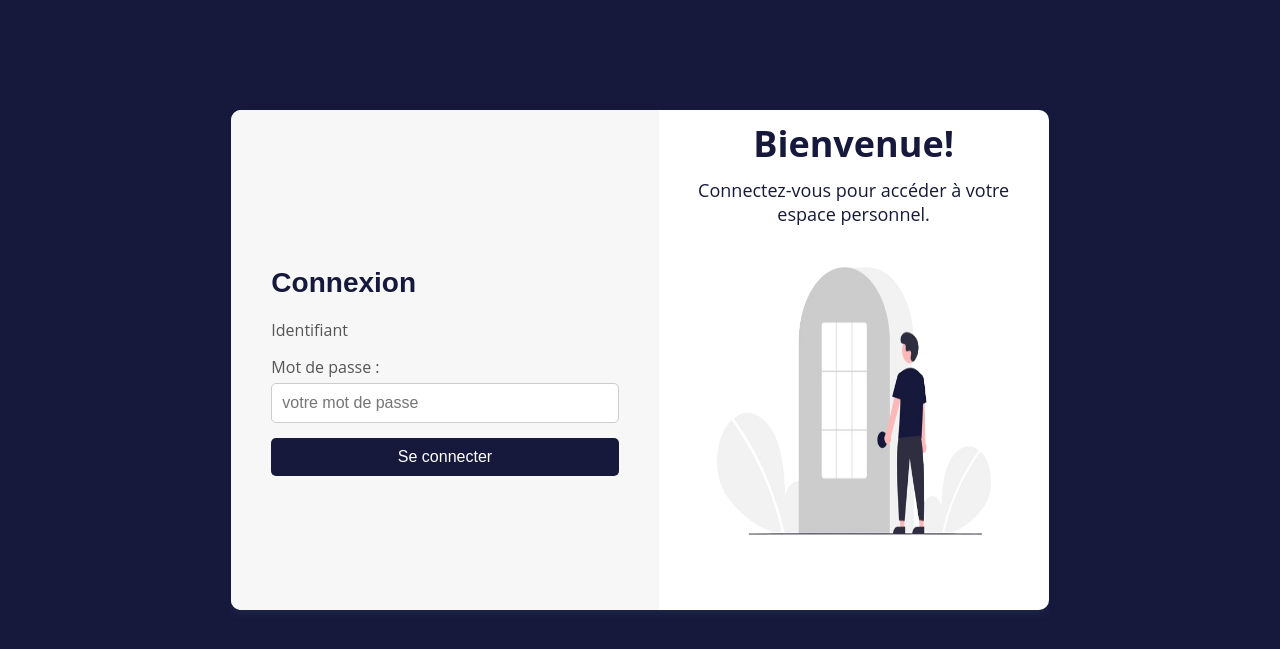
Repository: ndiawar/ProjetGab
Page: home.html
An editor plug-in stored every save of this project. The page is shown before and after the next save, followed by the edit.
The browser window is 1280 px wide. The pictures show the whole page.

Above is the page before, as saved 2024-08-07 14:06:00.

After the next save:
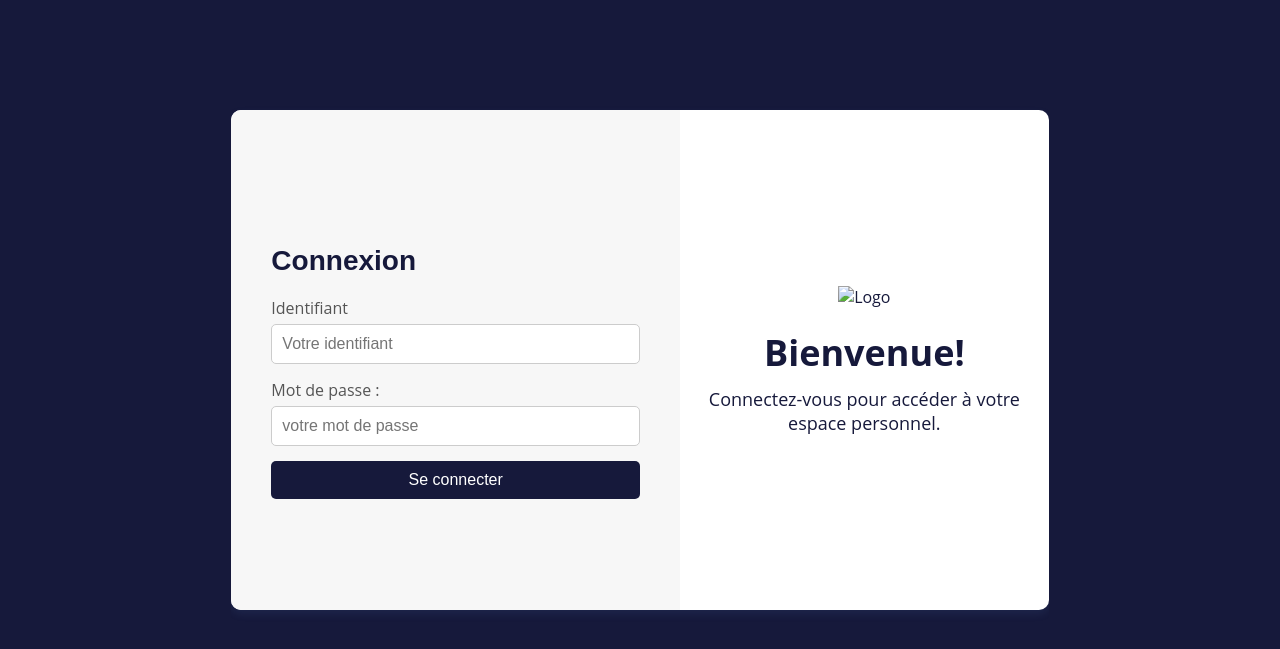
Not found: logo.png
Saved 92 s later.
--- a/home.html
+++ b/home.html
@@ -14,7 +14,7 @@
             <form>
                 <div class="form-group">
                     <label for="identifiant">Identifiant</label>
-                    <input type="hidden" id="identifiant" name="identifiant" placeholder="Votre identifiant" required>
+                    <input type="text" id="identifiant" name="identifiant" placeholder="Votre identifiant" required>
                 </div>
                 <div class="form-group">
                     <label for="password">Mot de passe :</label>
@@ -27,9 +27,9 @@
         <!-- Section de bienvenue -->
         <div class="welcome-section">
             <div class="welcome-content">
+                <img src="logo.png" alt="Logo" class="logo">
                 <h1>Bienvenue!</h1>
                 <p>Connectez-vous pour accéder à votre espace personnel.</p>
-                <img src="./image/accueil.png" alt="Logo" class="logo">
             </div>
         </div>
     </div>
